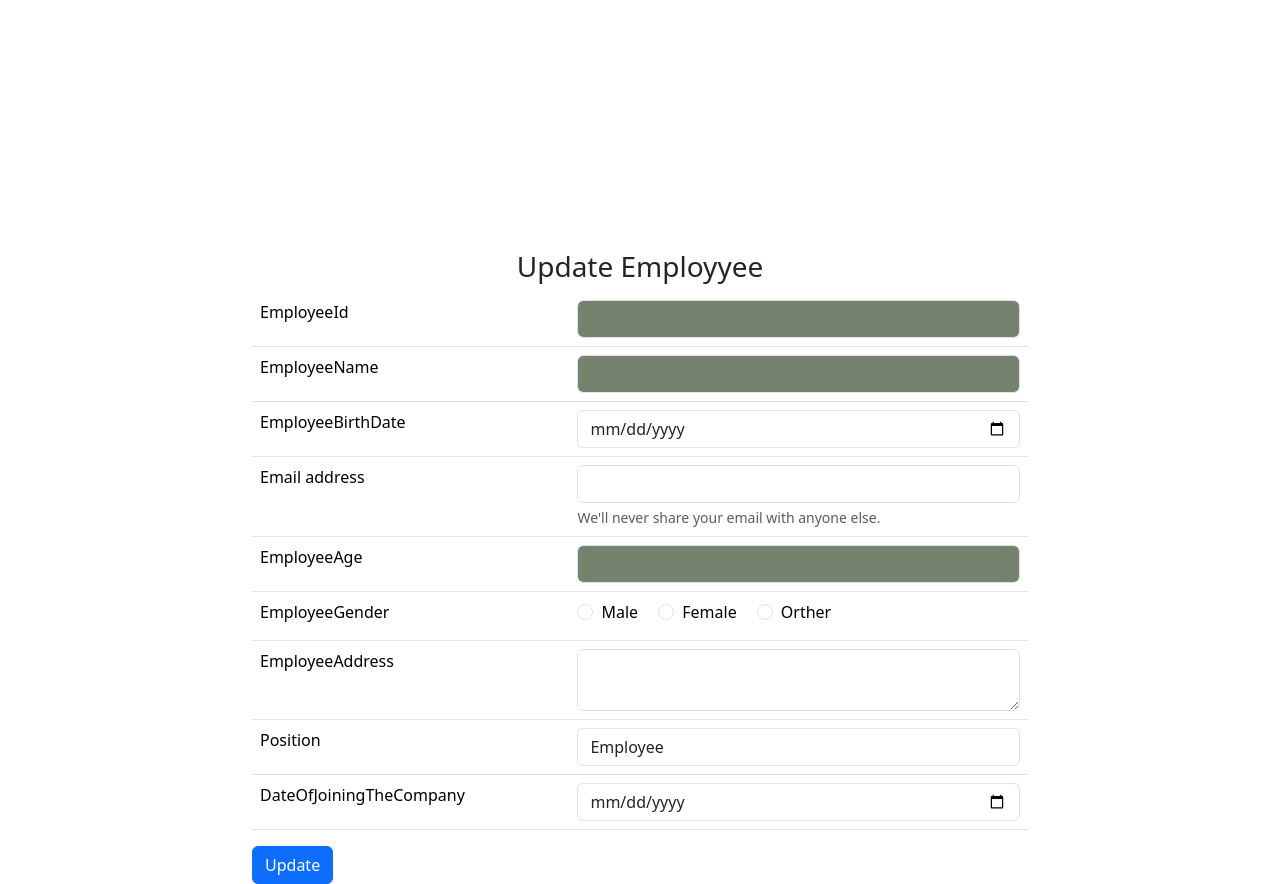
Repository: tranhuuan1703/BaiTapServlet
Page: http://localhost/bai_tap_jsp_servlet/views/Edit.jsp
An editor plug-in stored every save of this project. The page is shown before and after the next save, followed by the edit.
The browser window is 1280 px wide. The pictures show the whole page.
Some web libraries are served in a nearby version. The page is served by Tomcat 9.

Above is the page before, as saved 2024-08-10 08:13:07.

After the next save:
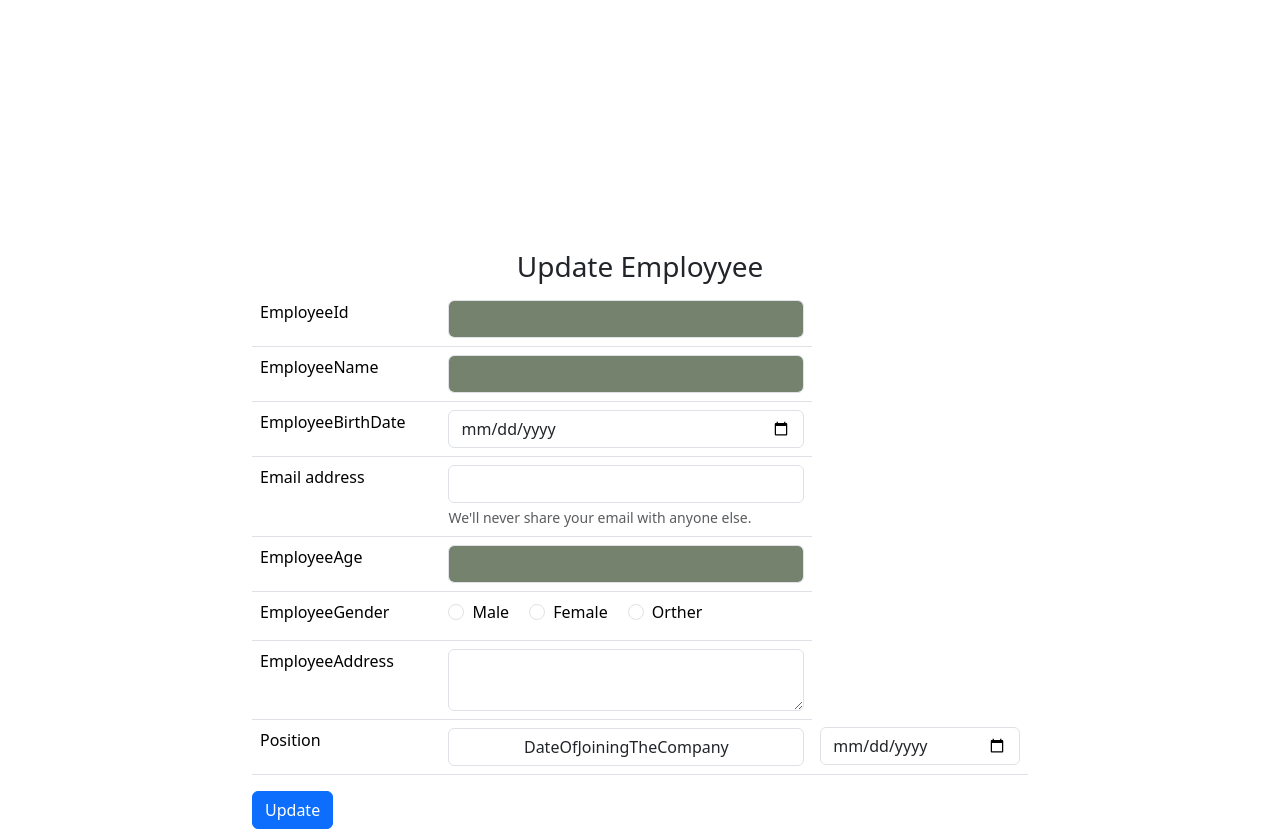
Saved 23 s later.
--- a/bai_tap_jsp_servlet/bai_tap_jsp_servlet/src/main/webapp/views/Edit.jsp
+++ b/bai_tap_jsp_servlet/bai_tap_jsp_servlet/src/main/webapp/views/Edit.jsp
@@ -61,7 +61,7 @@
                         <label class="form-check-label" for="inlineRadio1">Male</label>
                      </div>
                      <div class="form-check form-check-inline">
-                        <input class="form-check-input" type="radio" name="inlineRadioOptions" id="inlineRadio2" value="female" ${employeeInfo.employeeGender == 'female' ? 'checked' : ''} style="text-align: center;">
+                        <input class="form-check-input" type="radio" name="inlineRadioOptions" id="inlineRadio2" value="female" ${employeeInfo.employeeGender == 'female' ? 'checked' : ''} >
                         <label class="form-check-label" for="inlineRadio2">Female</label>
                      </div>
                      <div class="form-check form-check-inline">
@@ -80,8 +80,8 @@
                   <td><label for="exampleInputEmail1" class="form-label">Position</label></td>
                   <td>
                      <select class="form-control" id="selection" name="position">
-                        <option value="employee" ${employeeInfo.position == 'employee' ? 'selected' : ''}>Employee</option>
-                        <option value="boss" ${employeeInfo.position == 'boss' ? 'selected' : ''}>Boss</option>
+                        <option value="employee" ${employeeInfo.position == 'employee' ? 'selected' : ''} style="text-align: center;>Employee</option>
+                        <option value="boss" ${employeeInfo.position == 'boss' ? 'selected' : ''} style="text-align: center;>Boss</option>
                      </select>
                   </td>
                </tr>

After the save that followed:
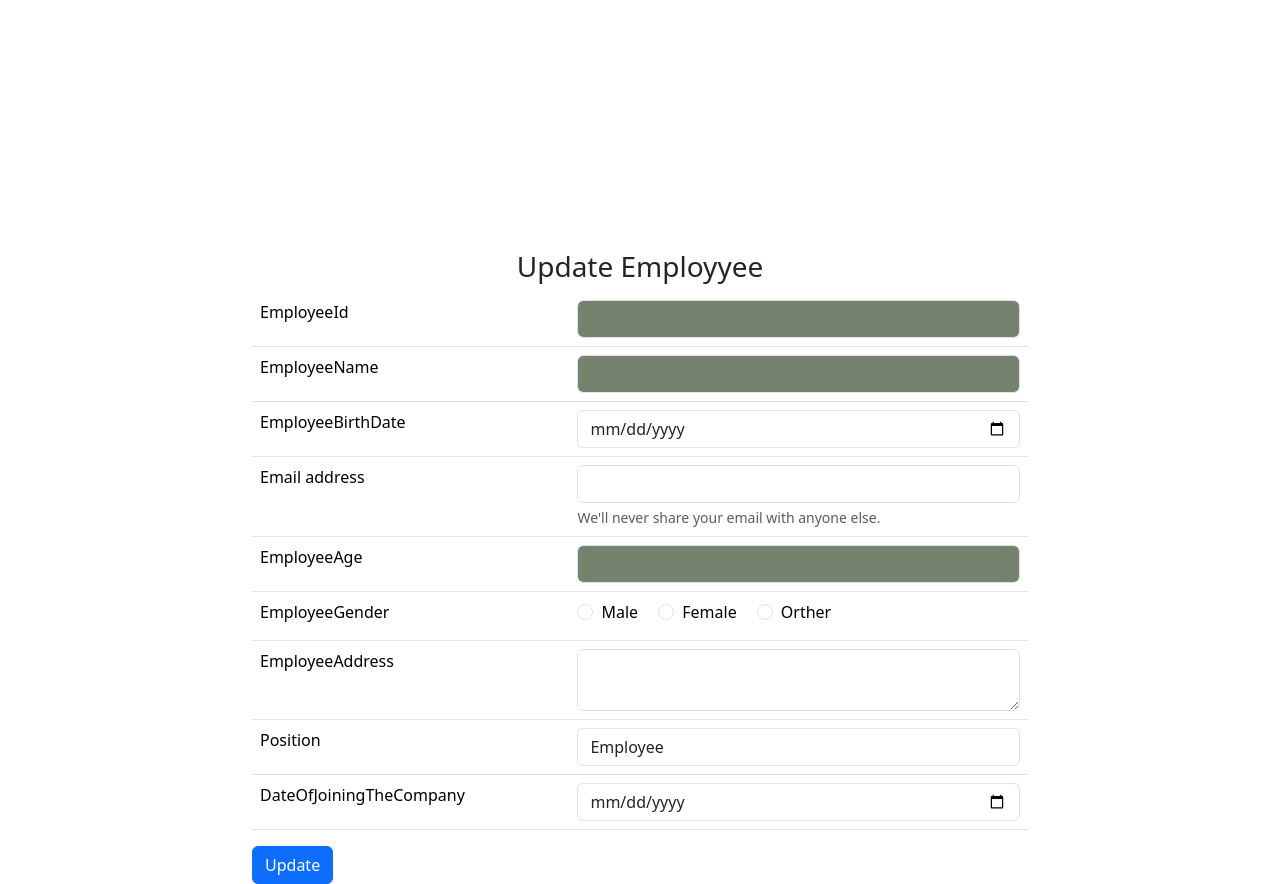
Saved 15 s later.
--- a/bai_tap_jsp_servlet/bai_tap_jsp_servlet/src/main/webapp/views/Edit.jsp
+++ b/bai_tap_jsp_servlet/bai_tap_jsp_servlet/src/main/webapp/views/Edit.jsp
@@ -80,8 +80,8 @@
                   <td><label for="exampleInputEmail1" class="form-label">Position</label></td>
                   <td>
                      <select class="form-control" id="selection" name="position">
-                        <option value="employee" ${employeeInfo.position == 'employee' ? 'selected' : ''} style="text-align: center;>Employee</option>
-                        <option value="boss" ${employeeInfo.position == 'boss' ? 'selected' : ''} style="text-align: center;>Boss</option>
+                        <option value="employee" ${employeeInfo.position == 'employee' ? 'selected' : ''}>Employee</option>
+                        <option value="boss" ${employeeInfo.position == 'boss' ? 'selected' : ''}>Boss</option>
                      </select>
                   </td>
                </tr>
